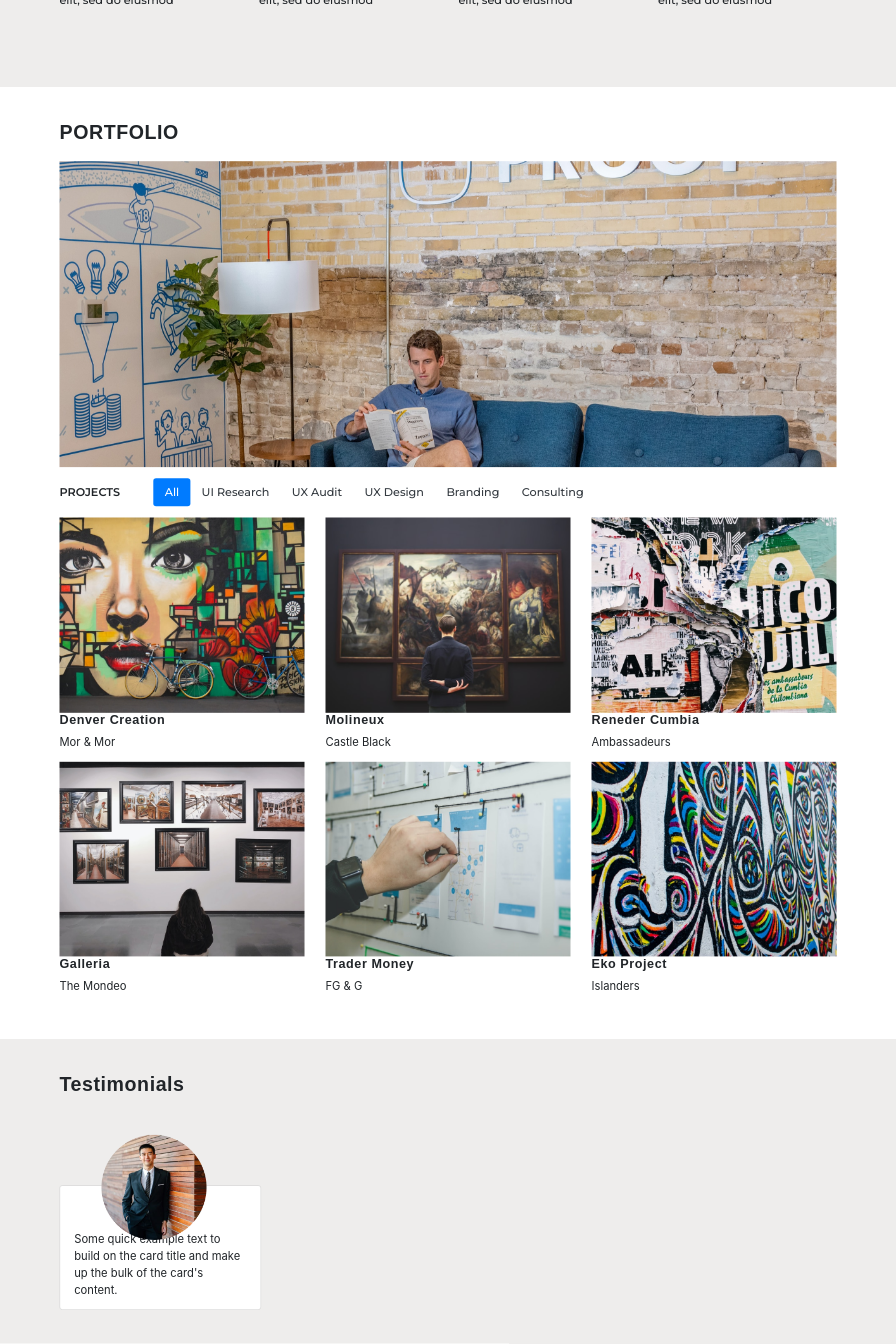
Repository: Syfon01/hng-port
Page: index.html
An editor plug-in stored every save of this project. The page is shown before and after the next save, followed by the edit.
The browser window is 1280 px wide. The pictures show the part of the page from y = 1775 to 3695 px (the page is 3695 px tall before and 3599 px after), at 70% of full size.
Some web fonts or font styles are not loaded; a fallback is used.

Above is the page before, as saved 2020-06-28 19:30:32.

After the next save:
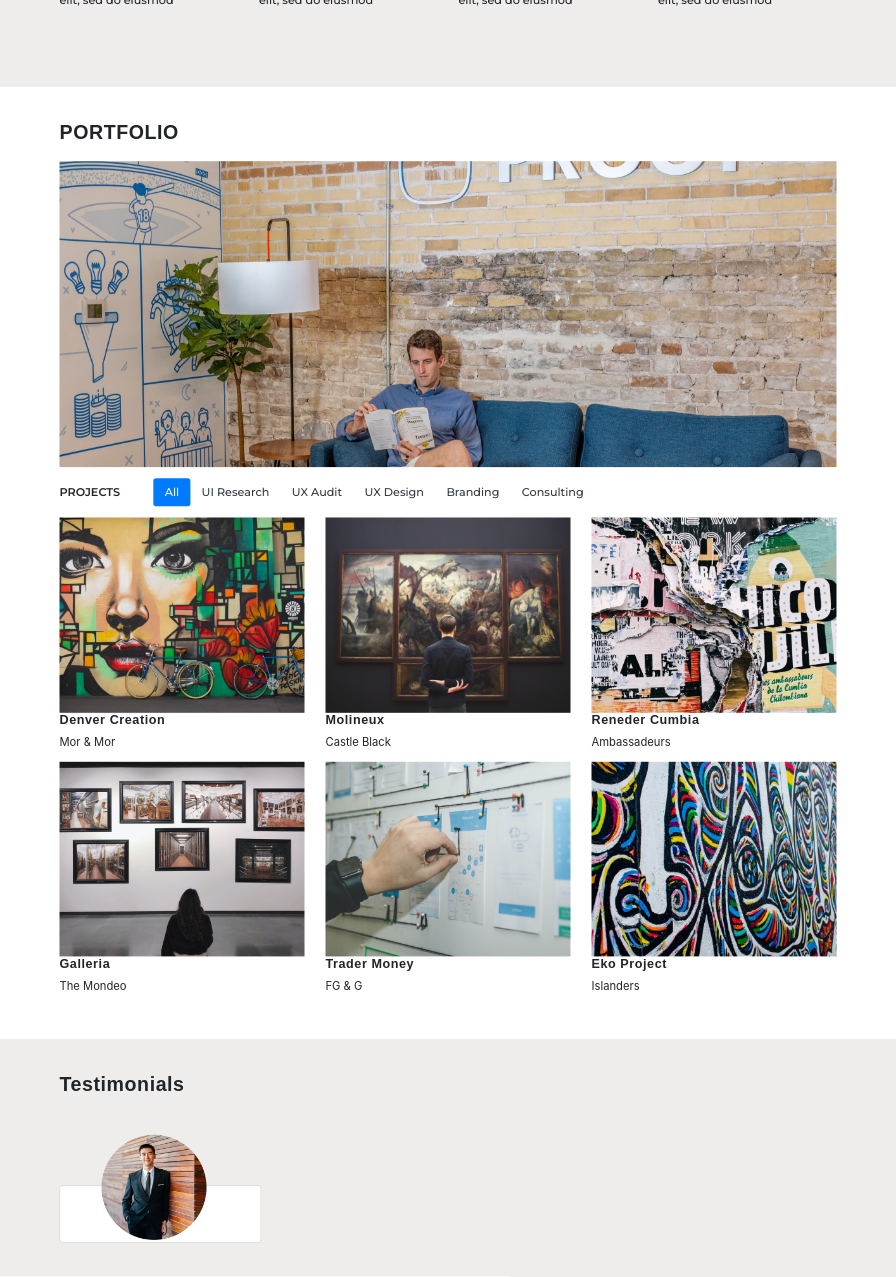
Saved 18 s later.
--- a/index.html
+++ b/index.html
@@ -400,7 +400,7 @@
               <div class="card-section pt-4 mt-5">
                 <div class="card card-dark pt-5 mt-5" style="width: 18rem;">
                   <div class="card-body py-3">
-                    <p class="card-text">Some quick example text to build on the card title and make up the bulk of the card's content.
+                    <p class="card-text">
                     </p>
                   </div>
                 </div>
